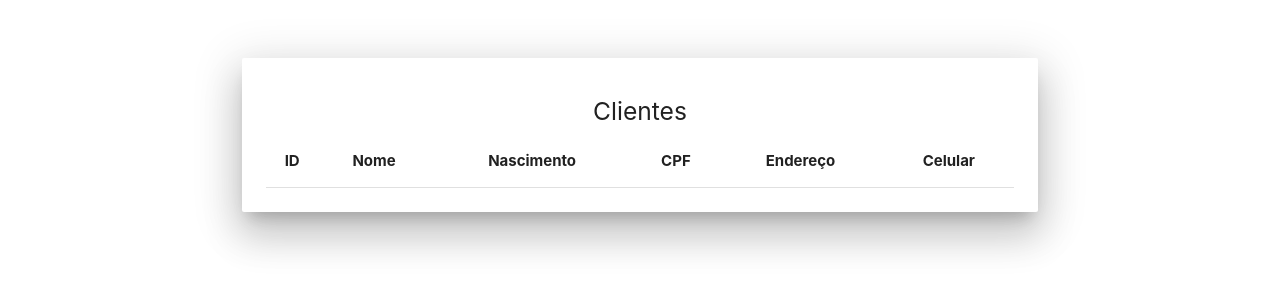
Repository: luizasilveira/TechWeb
Page: http://localhost/techWebP1/lista.jsp
The author's editor kept a copy of each file at every save. The page is drawn from the files as they stood at one save, then again after the next save.
The browser window is 1280 px wide. The pictures show the whole page.
The page is served by Tomcat 9. Other server files are loaded and not shown. Queries for data that is not in the repository find no rows.

Above is the page before, as saved 2019-09-09 19:33:24.

### Projeto1/techWebP1/WebContent/lista.jsp
<%@ page language="java" contentType="text/html; charset=ISO-8859-1"
	pageEncoding="ISO-8859-1"%>
<!DOCTYPE html>
<html>
<head>
<meta charset="ISO-8859-1">
<title>Insert title here</title>
<link href="https://fonts.googleapis.com/icon?family=Material+Icons"
	rel="stylesheet">
<!--Import materialize.css-->
<link rel="stylesheet"
	href="https://cdnjs.cloudflare.com/ajax/libs/materialize/1.0.0/css/materialize.min.css">



<style>
body {
	width: 70%;
	margin: auto;
	padding: 50px;
	text-align: center;
}
</style>

</head>
<body>
	<div class="card-panel z-depth-5">
		<h5 class="center">Clientes</h5>
		<%@ page import="java.util.*,techWebP1.*"%>
		<table class="centered">




			<thead>
				<tr>
					<th>ID</th>
					<th>Nome</th>
					<th>Nascimento</th>
					<th>CPF</th>
					<th>Endereço</th>
					<th>Celular</th>
				</tr>
			</thead>

			<%
			DAO dao = new DAO();
			List<Clients> clientes = dao.getClientes();
			for (Clients cliente : clientes) {
			%>


			<tbody>
				<tr>

					<td><%=cliente.getId()%></td>
					<td><%=cliente.getName()%></td>
					<td><%=cliente.getBirth()%></td>
					<td><%=cliente.getCPF()%></td>
					<td><%=cliente.getAdress()%></td>
					<td><%=cliente.getCelphone()%></td>

					<td>
						<form action="./RemoveClient" method="post">
							<input type="submit" value="Delete"> <input class="hide"
								type="text" value="<%=cliente.getId()%>" name="id">
						</form>
					</td>

					<td>
						<form action="./ClientData.jsp" method="post">
							<input type="submit" value="Edit"> <input class="hide"
								type="text" value="<%=cliente.getId()%>" name="id">


						</form>
					</td>



				</tr>


			</tbody>
			<% } %>
		</table>
	</div>


	<script src="https://code.jquery.com/jquery-1.12.0.min.js"></script>
	<script
		src="https://cdnjs.cloudflare.com/ajax/libs/materialize/1.0.0/js/materialize.min.js"></script>


</body>
</html>

### Projeto1/techWebP1/src/techWebP1/DAO.java
package techWebP1;

import java.sql.Connection;
import java.sql.DriverManager;
import java.sql.PreparedStatement;
import java.sql.ResultSet;
import java.sql.SQLException;
import java.util.ArrayList;
import java.util.List;

public class DAO {

	private Connection connection = null;

	public DAO() {
		try {
			Class.forName("com.mysql.cj.jdbc.Driver");
		} catch (ClassNotFoundException e) {
			// TODO Auto-generated catch block
			e.printStackTrace();
		}
		try {
			connection = DriverManager.getConnection(
					"jdbc:mysql://localhost/projeto1?useTimezone=true&serverTimezone=UTC","root","lulu0147");
		} catch (SQLException e) {
			// TODO Auto-generated catch block
			e.printStackTrace();
		}
	}

	public List<Clients> getClientes() {

		List<Clients> clients = new ArrayList<Clients>();
		PreparedStatement stmt = null;
		try {
			stmt = connection.prepareStatement("SELECT * FROM CadastroCliente");
			ResultSet rs = null;
			rs = stmt.executeQuery();
			while (rs.next()) {
				Clients client = new Clients();
				client.setId(rs.getInt("id"));
				client.setName(rs.getString("Nome"));
				client.setBirth(rs.getString("Nascimento"));
				client.setCPF(rs.getString("CPF"));
				client.setAdress(rs.getString("Endereço"));
				client.setCelphone(rs.getString("Celular"));
				clients.add(client);
			}
			rs.close();
			stmt.close();
		} catch (SQLException e) {
			// TODO Auto-generated catch block
			e.printStackTrace();
		}
		return clients;

	}

	public List<Clients> ShowCliente(Integer id) {

		List<Clients> clients = new ArrayList<Clients>();
		PreparedStatement stmt = null;
		try {
			stmt = connection.prepareStatement("SELECT * FROM CadastroCliente WHERE id=?");
			stmt.setLong(1, id);
			ResultSet rs = null;
			rs = stmt.executeQuery();
			while (rs.next()) {
				Clients client = new Clients();
				client.setId(rs.getInt("id"));
				client.setName(rs.getString("Nome"));
				client.setBirth(rs.getString("Nascimento"));
				client.setCPF(rs.getString("CPF"));
				client.setAdress(rs.getString("Endereço"));
				client.setCelphone(rs.getString("Celular"));
				clients.add(client);
			}
			rs.close();
			stmt.close();
		} catch (SQLException e) {
			// TODO Auto-generated catch block
			e.printStackTrace();
		}
		return clients;

	}

	public void remove(Integer id) {
		PreparedStatement stmt = null;
		try {
			stmt = connection.prepareStatement("DELETE FROM CadastroCliente WHERE id=?");
			stmt.setLong(1, id);
			stmt.execute();
			stmt.close();

		} catch (SQLException e) {
			// TODO Auto-generated catch block
			e.printStackTrace();
		}
		}


	public void adiciona(Clients client) {
		String sql = "INSERT INTO CadastroCliente" + "(Nome,Nascimento,CPF,Endereço,Celular) values(?,?,?,?,?)";
		PreparedStatement stmt = null;
		try {
			stmt = connection.prepareStatement(sql);
			stmt.setString(1, client.getName());
			stmt.setString(2, client.getBirth());
			stmt.setString(3, client.getCPF());
			stmt.setString(4, client.getAdress());
			stmt.setString(5, client.getCelphone());
			stmt.execute();
			stmt.close();
		} catch (SQLException e) {
			// TODO Auto-generated catch block
			e.printStackTrace();
		}
	}



	public void altera(Clients cliente) {
		String sql = "UPDATE CadastroCliente SET " +
		 "Nome=?, Nascimento=?, CPF=?,Endereço=?, Celular=? WHERE id=?";
		PreparedStatement stmt = null;
		try {
			stmt = connection.prepareStatement(sql);

			stmt.setString(1, cliente.getName());

			stmt.setString(2, cliente.getBirth());

			stmt.setString(3, cliente.getCPF());

			stmt.setString(4, cliente.getAdress());

			stmt.setString(5, cliente.getCelphone());

			stmt.setInt(6, cliente.getId());

			stmt.execute();

			stmt.close();
		} catch (SQLException e) {
			// TODO Auto-generated catch block
			e.printStackTrace();
		}
		}



	public void close() {

		try {
			connection.close();
		} catch (SQLException e) {
			// TODO Auto-generated catch block
			e.printStackTrace();
		}

	}


}

After the next save:
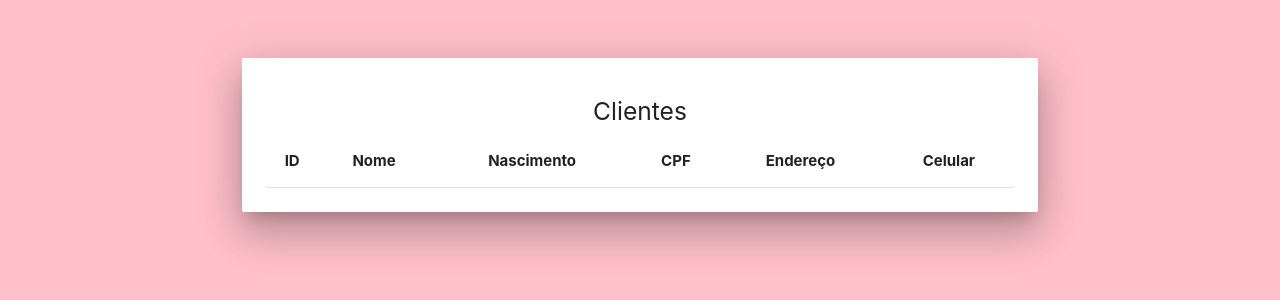
Saved 13 min 26 s later.
--- a/Projeto1/techWebP1/WebContent/lista.jsp
+++ b/Projeto1/techWebP1/WebContent/lista.jsp
@@ -15,6 +15,7 @@
 
 <style>
 body {
+	background-color: pink;
 	width: 70%;
 	margin: auto;
 	padding: 50px;
